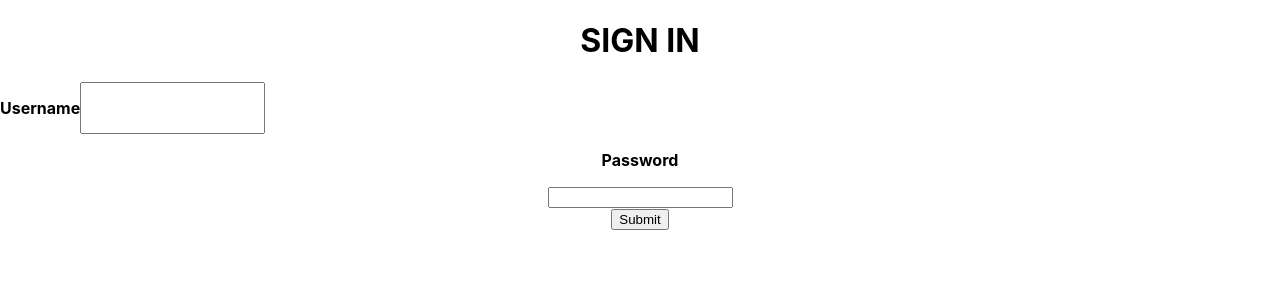
Repository: PreetiToppo/networking
Page: /
The author's editor kept a copy of each file at every save. The page is drawn from the files as they stood at one save, then again after the next save.
The browser window is 1280 px wide. The pictures show the whole page.
The project was rebuilt for these pictures with package versions that can differ from the ones it lists, and the page was loaded fresh each time.

Above is the page before, as saved 2023-01-21 19:39:41.

### src/index.js
import React from 'react';
import ReactDOM from 'react-dom/client';
import './index.css';
import App from './App';
import reportWebVitals from './reportWebVitals';

const root = ReactDOM.createRoot(document.getElementById('root'));
root.render(
  <React.StrictMode>
   <App />
  </React.StrictMode>
);

// If you want to start measuring performance in your app, pass a function
// to log results (for example: reportWebVitals(console.log))
// or send to an analytics endpoint. Learn more: https://bit.ly/CRA-vitals
reportWebVitals();

### src/App.js
import "./App.css"
import React,{useState} from 'react';

function App() {
const [data,setData] = useState({
  username:"",
  password:""
})

const {username,password} = data;

const changeHandler = e => {
  setData({...data,[e.target.name]:[e.target.value]});
}

const submitHandler = e => {
  e.preventDefault();
  console.log(data);
}
  return (
    <div>
      <center>
      <h1>SIGN IN</h1>
      <form onSubmit={submitHandler}>
      <div className="name">
        <p>Username</p>
        <input type="text" name="username" value={username} onChange={changeHandler}/><br/>
      </div>
      <div className="pass">
        <p>Password</p>
        <input type="password" name="password" value={password} onChange={changeHandler}/><br/>
      </div>
      <input className="button" type="submit" name="submit"/>
      </form>
      </center>
    </div>

  );
}

export default App;

### src/App.css
.App{
  background-color: aquamarine;
}
.name {
  display: flex;

}

.password {
  display: flex;
}

p{
  font-weight: bold;
}

Loaded but not shown: public/index.html (common file); src/index.css (common file); src/reportWebVitals.js (common file)

After the next save:
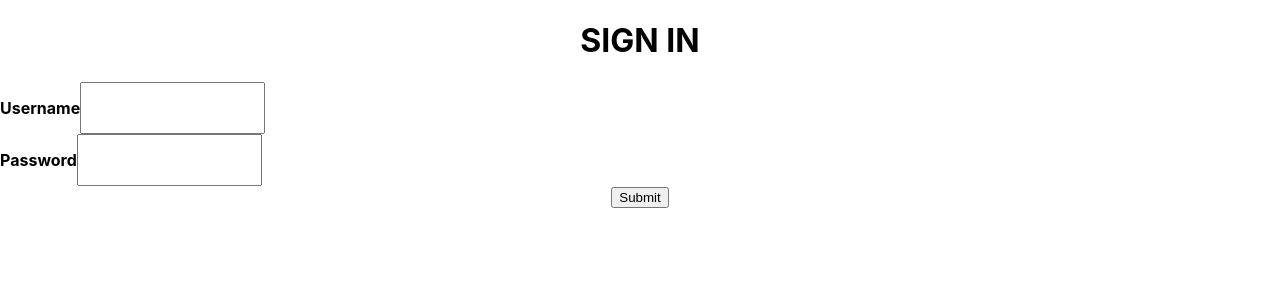
Saved 18 s later.
--- a/src/App.css
+++ b/src/App.css
@@ -6,7 +6,7 @@
 
 }
 
-.password {
+.pass {
   display: flex;
 }
 
